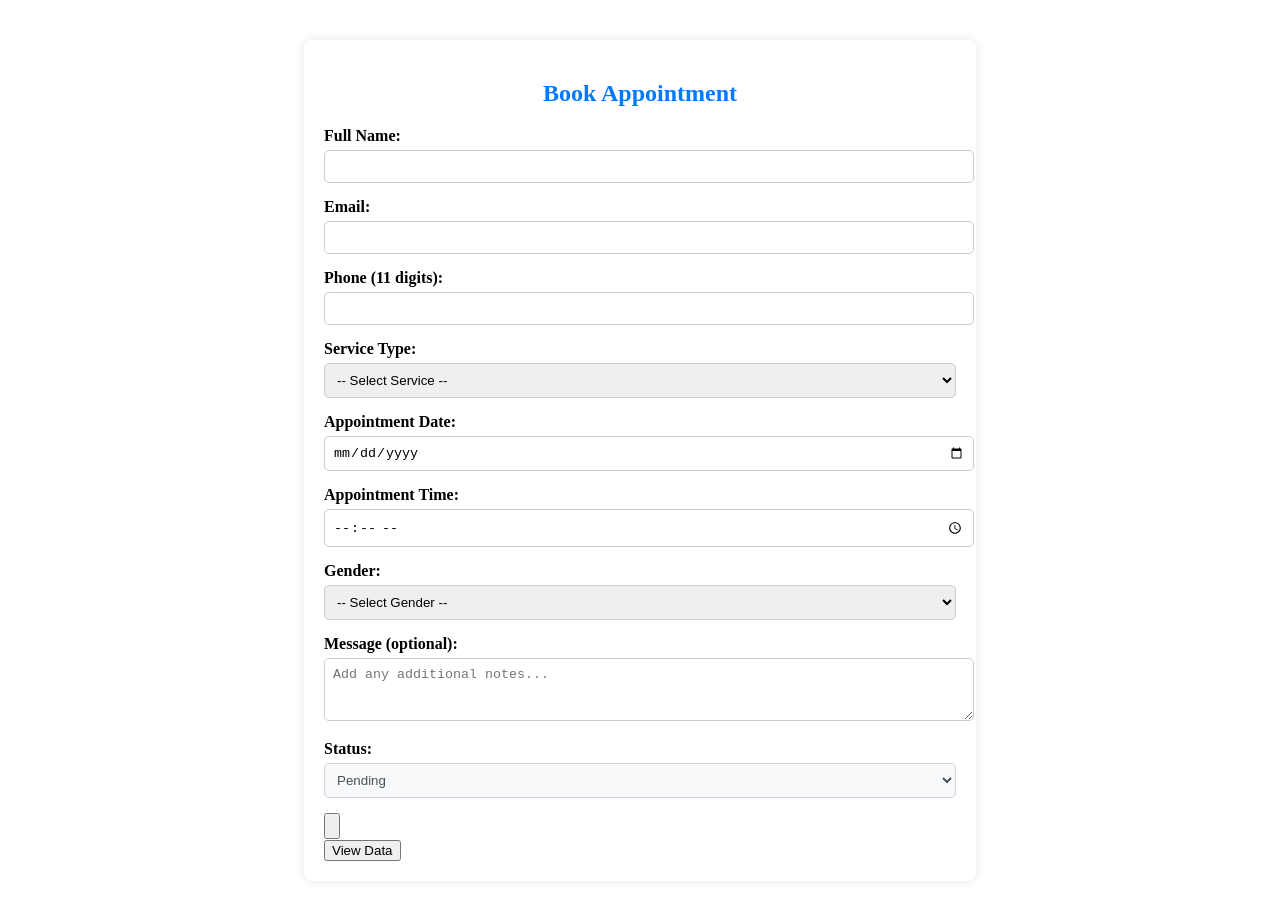
Repository: Arisha004/Hospital-Appointment-Management-System
Page: http://localhost/
The author's editor kept a copy of each file at every save. The page is drawn from the files as they stood at one save, then again after a run of saves.
The browser window is 1280 px wide. The pictures show the whole page.
The page is run by PHP 8.4 with error messages shown; the project is at /var/www/html/.

Above is the page before, as saved 2025-10-21 01:25:22.

After the next 5 saves:
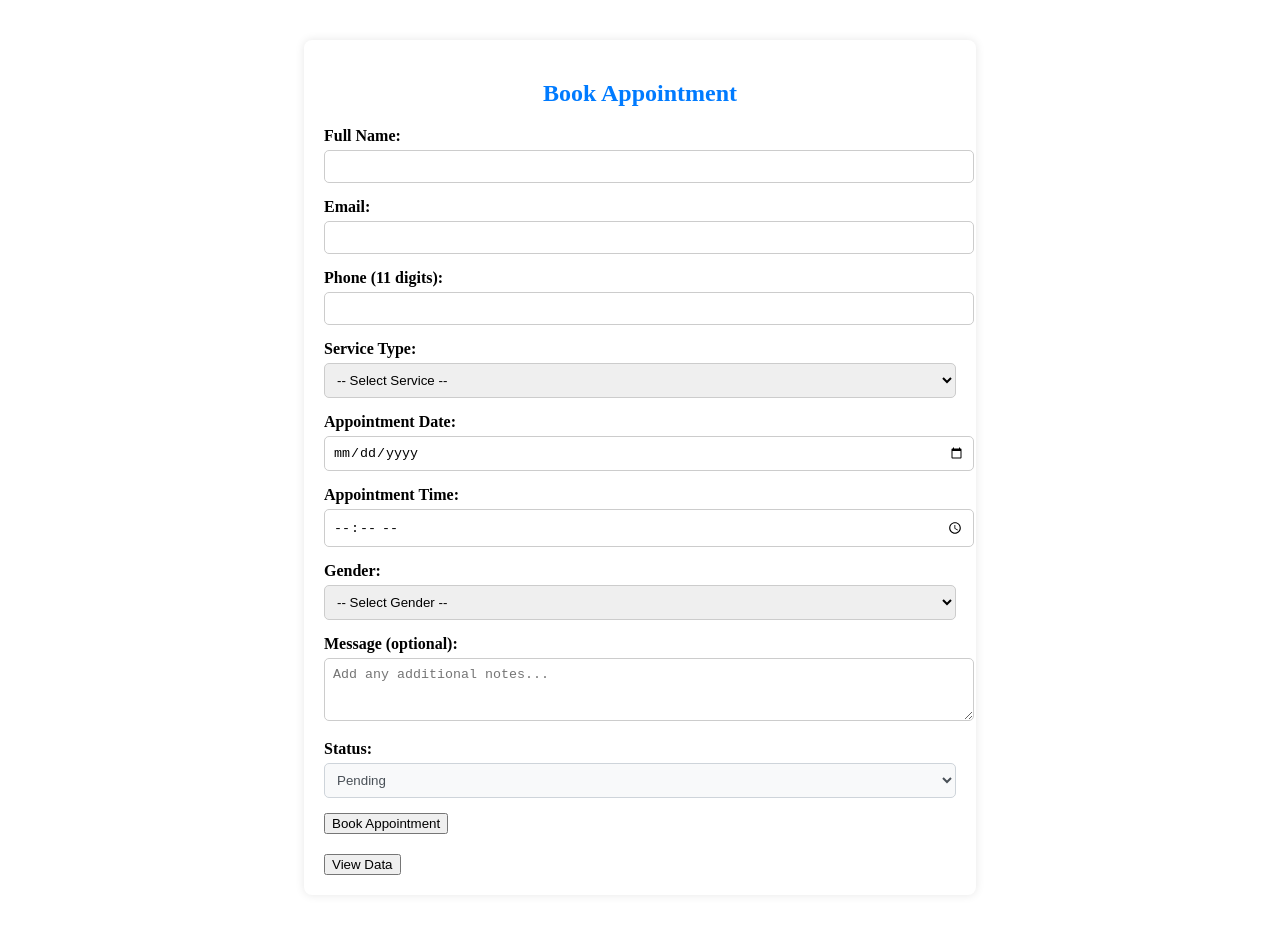
The 5 saves are shown as one change because they came seconds apart.
The last was saved 16 s later.
--- a/index.php
+++ b/index.php
@@ -95,7 +95,7 @@
 
     <input type="hidden" name="created_at" value="<?php echo date('Y-m-d H:i:s'); ?>">
 
-    <button type="submit" name="submit" value="Book Appointment">
+    <button type="submit" name="submit"> Book Appointment</button>
   </form>
 
 

After the 4 saves that followed:
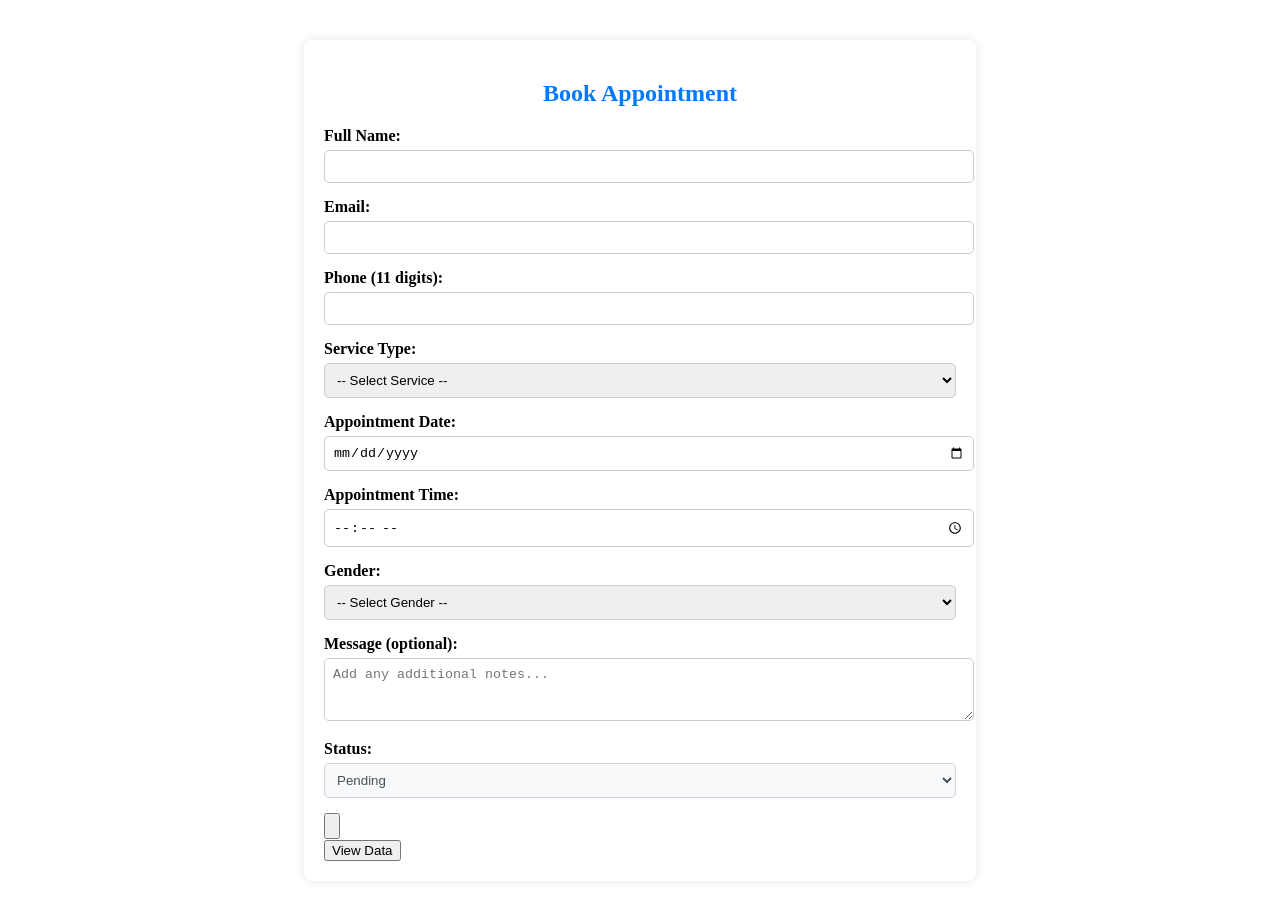
The 4 saves are shown as one change because 1 left the picture as it was and some came seconds apart.
The last was saved 29 s later.
--- a/index.php
+++ b/index.php
@@ -95,7 +95,7 @@
 
     <input type="hidden" name="created_at" value="<?php echo date('Y-m-d H:i:s'); ?>">
 
-    <button type="submit" name="submit"> Book Appointment</button>
+    <button  type="submit" name="submit"><a href="insertfor" Book Appointment</button>
   </form>
 
 
